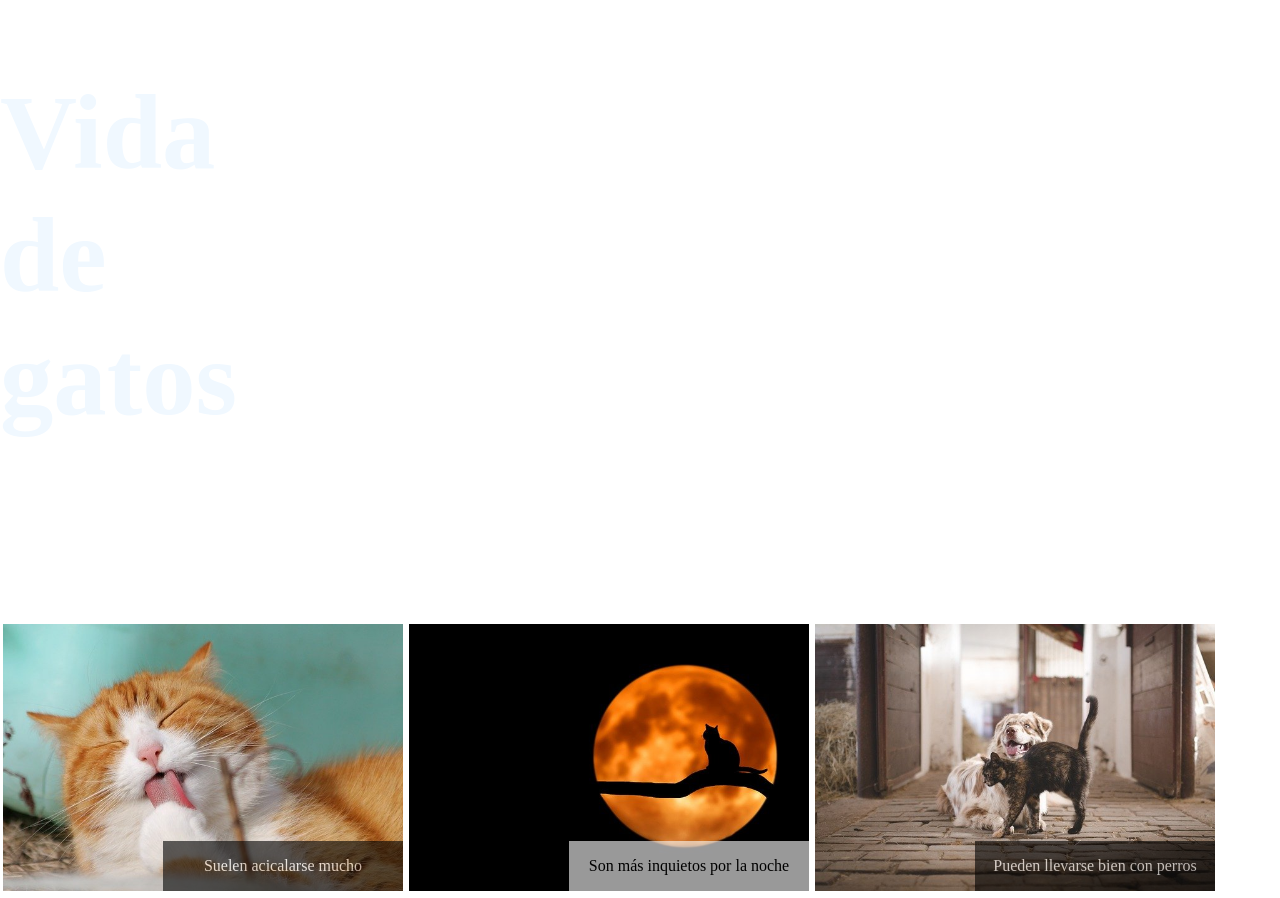
Repository: ScoggoDev/DesarrolloWeb
Page: tarea en equipo 1/tep3/vidadegatos/index.html
The author's editor kept a copy of each file at every save. The page is drawn from the files as they stood at one save, then again after the next save.
The browser window is 1280 px wide. The pictures show the whole page.

Above is the page before, as saved 2021-07-14 20:58:23.

### tarea en equipo 1/tep3/vidadegatos/index.html
<!DOCTYPE html>
<html lang="en">
<head>
    <meta charset="UTF-8">
    <meta http-equiv="X-UA-Compatible" content="IE=edge">
    <meta name="viewport" content="width=device-width, initial-scale=1.0">
    <title>Vida de gatos</title>
    <link rel="stylesheet" href="css/estilos.css">

</head>
<body>
    <div class="encabezado">
        <h1 class="titulo">Vida de gatos</h1>
    </div>
    <div class="medio">
        <div class="contenedor-img">
            <img class = "foto" src="images/medio1.jpg" alt="">
            <div class="text-block">

                <p>Suelen acicalarse mucho</p>
              </div>
        </div>

        <div class="contenedor-img">
            <img class = "foto" src="images/medio3.jpg" alt="">
            <div class="text-block-different text-block">

                <p>Son más inquietos por la noche</p>
              </div>

        </div>
        <div class="contenedor-img">
            <img class = "foto" src="images/medio2.jpg" alt="">
            <div class="text-block">

                <p>Pueden llevarse bien con perros</p>
              </div>
        </div>



    </div>

</body>
</html>

### tarea en equipo 1/tep3/vidadegatos/css/estilos.css

.encabezado{
    height: 500px;
    width: 100px;
    background-position: center center;
    background-repeat: no-repeat;
    background-attachment: fixed;
    background-size: cover;
}
body{
    margin: 0px;
}
.titulo{
    text-align: center;
    color: aliceblue;
    font-size: 80pt;
    /*completar*/
}

.foto{
    max-width:400px;
}

.medio{
    display: block;
    padding-top: 50px;
    display: flex;

}

.contenedor-img{
    position: relative;
    margin: 3px;
}

.text-block {
    position: absolute;
    left: 40%;
    top: 80%;
    text-align: center;
    width: 60%;
    color: white;
    background-color: black;
    opacity: 0.6;
}
.text-block-different{
    background-color:white;
    color:black;
    opacity: 0.6;
}

After the next save:
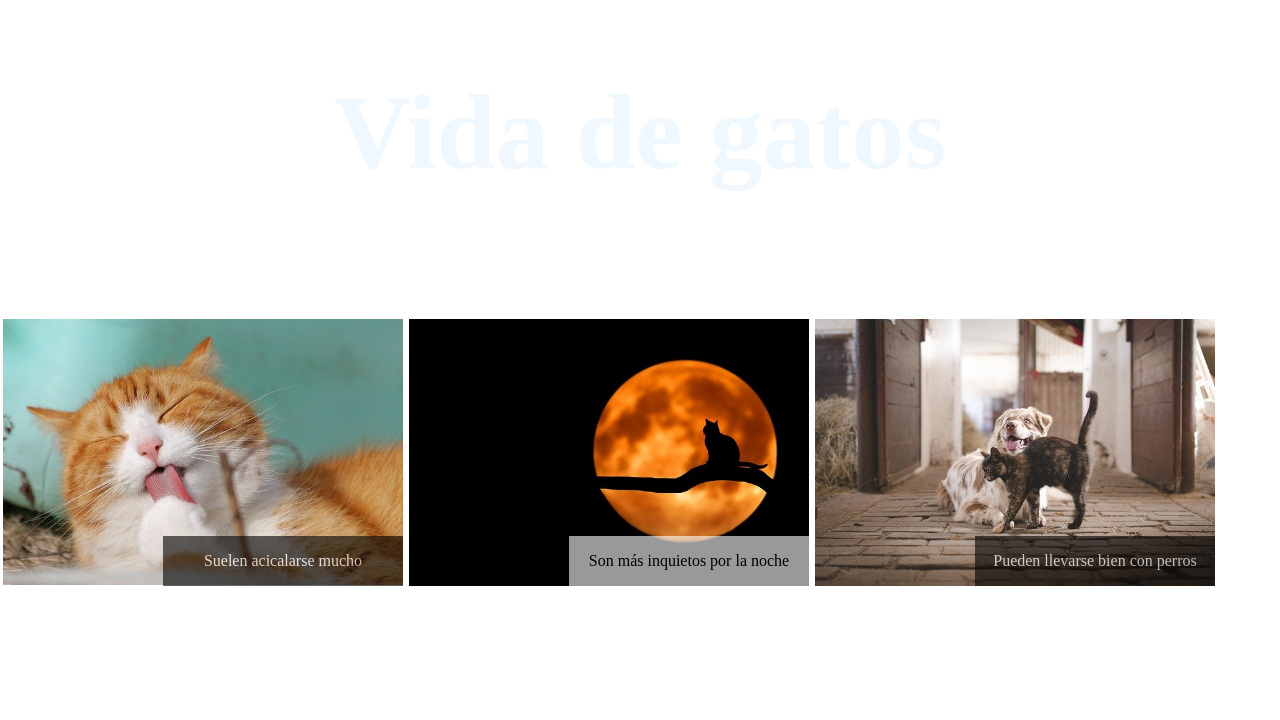
Saved 43 s later.
--- a/tarea en equipo 1/tep3/vidadegatos/css/estilos.css
+++ b/tarea en equipo 1/tep3/vidadegatos/css/estilos.css
@@ -1,7 +1,5 @@
 
 .encabezado{
-    height: 500px;
-    width: 100px;
     background-position: center center;
     background-repeat: no-repeat;
     background-attachment: fixed;
